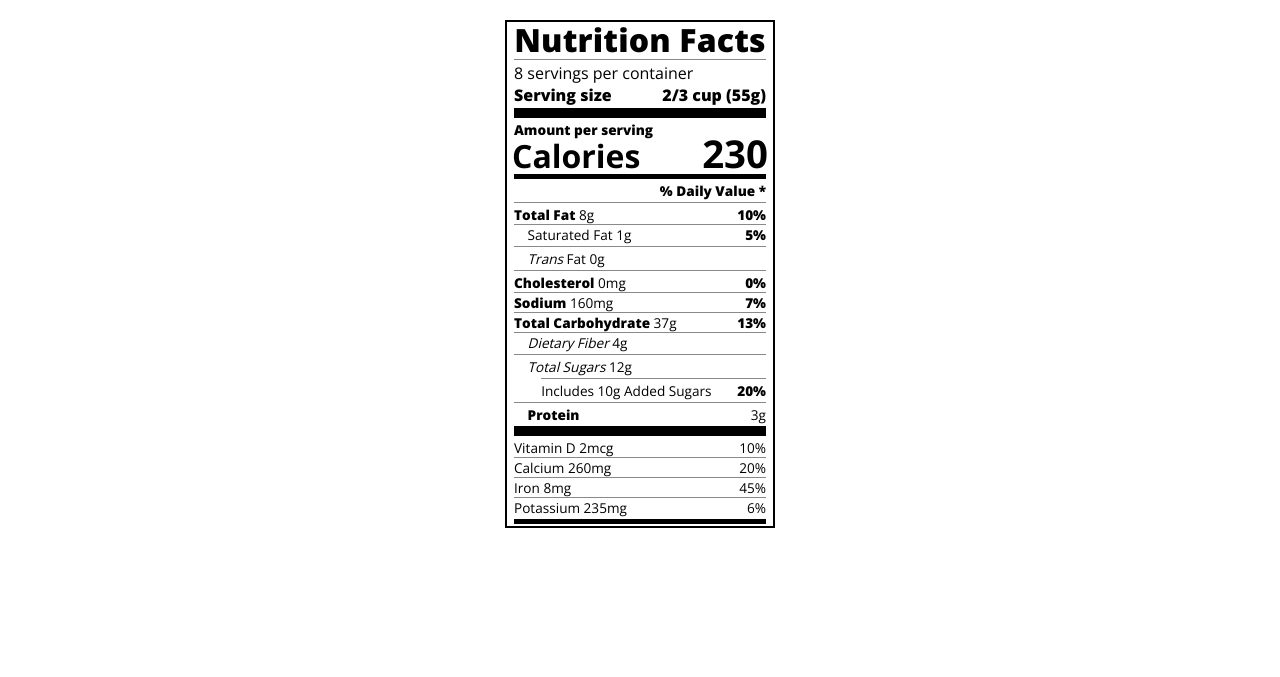
Repository: cipdanila/freeCodeCamp
Page: NutritionLabel/index.html
These files come from the project's save history. The page is drawn as it stood at one moment and after the next save; the edit follows.
The browser window is 1280 px wide. The pictures show the whole page.

Above is the page before, as saved 2023-10-09 20:54:19.

After the next save:
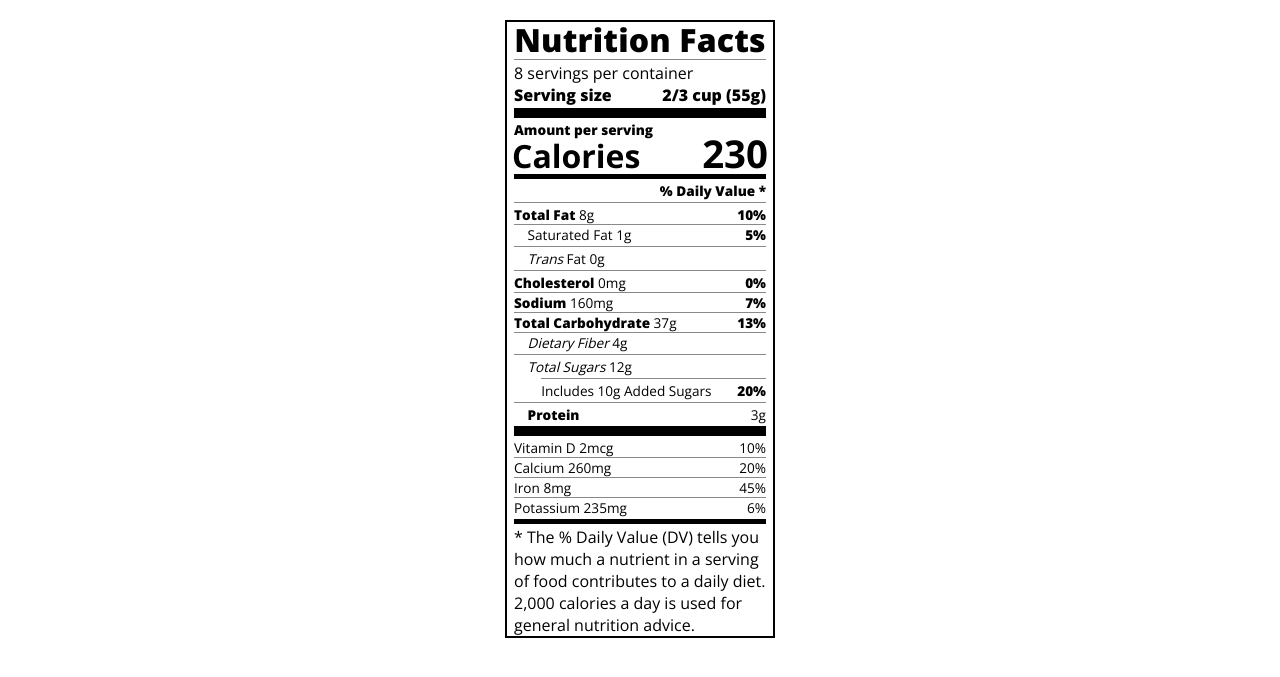
Saved 27 s later.
--- a/NutritionLabel/index.html
+++ b/NutritionLabel/index.html
@@ -49,7 +49,8 @@
             <p class="no-divider">Potassium 235mg <span>6%</span></p>
         </div>
         <div class="divider medium"></div>
-        <p class="note"></p>
+        <p class="note">* The % Daily Value (DV) tells you how much a nutrient in a serving of food contributes
+            to a daily diet. 2,000 calories a day is used for general nutrition advice.</p>
     </div>
 </body>
 </html>
